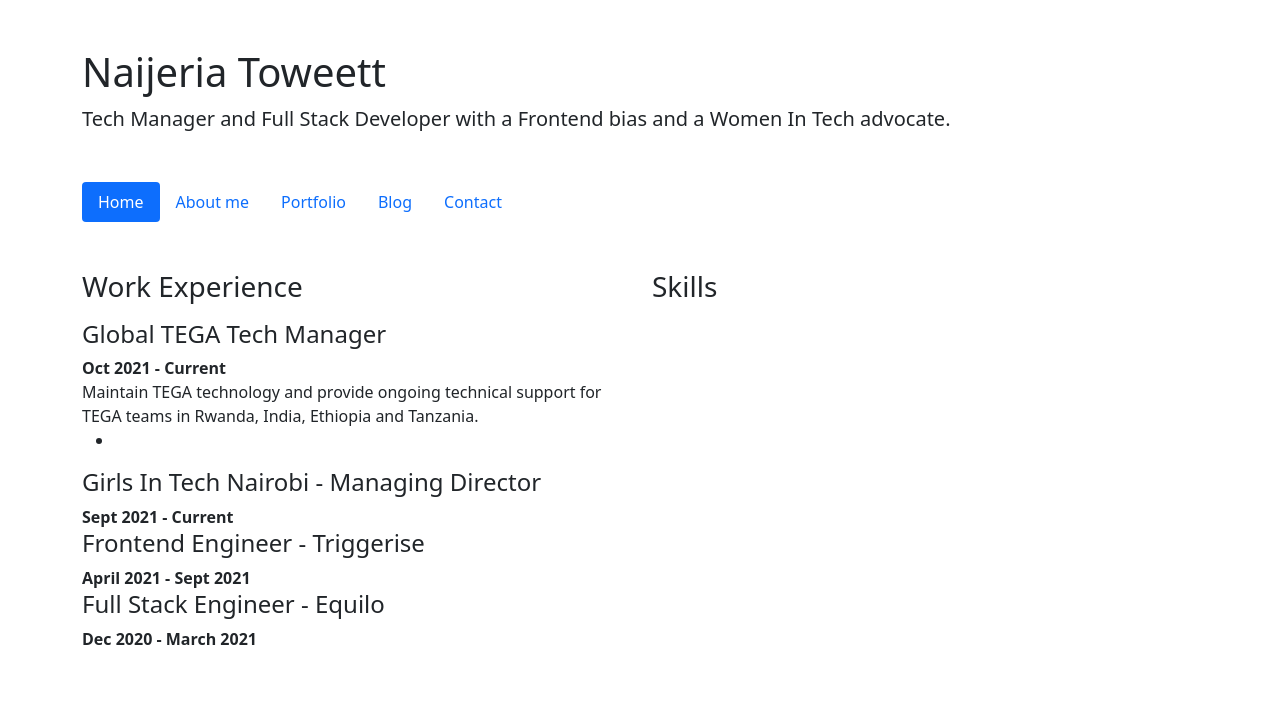
Repository: mamatechafrica/portfolio
Page: index.html
The author's editor kept a copy of each file at every save. The page is drawn from the files as they stood at one save, then again after a run of saves.
The browser window is 1280 px wide. The pictures show the whole page.

Above is the page before, as saved 2022-01-04 14:10:49.

### index.html
<!doctype html>
<html lang="en">
    <head>
        <!-- Required meta tags -->
        <meta charset="utf-8">
        <meta name="viewport" content="width=device-width, initial-scale=1">

        <!-- Bootstrap CSS -->
        <link href="https://cdn.jsdelivr.net/npm/bootstrap@5.0.2/dist/css/bootstrap.min.css" rel="stylesheet" integrity="sha384-EVSTQN3/azprG1Anm3QDgpJLIm9Nao0Yz1ztcQTwFspd3yD65VohhpuuCOmLASjC" crossorigin="anonymous">

        <title>NashTheCoder portfolio</title>
    </head>
    <body>
        <div class="container my-5">
            <h1>Naijeria Toweett</h1>
            <p class="lead">
                Tech Manager and Full Stack Developer with a Frontend bias and a Women In Tech advocate.
            </p>
        </div>

        <div class="container">
            <nav>
                <ul class="nav nav-pills ">
                    <li class="nav-item">
                        <a class="nav-link active" aria-current="page" href="#">Home</a>
                    </li>
                    <li class="nav-item">
                        <a class="nav-link" href="#">About me</a>
                    </li>
                    <li class="nav-item">
                        <a class="nav-link" href="#">Portfolio</a>
                    </li>
                    <li class="nav-item">
                        <a class="nav-link" href="https://mumlovestech.com/" target="blank">Blog</a>
                    </li>
                    <li class="nav-item">
                        <a class="nav-link" href="#">Contact</a>
                    </li>
                </ul>
            </nav>
        </div>

        <div class="container mt-5">
            <div class="row">
                <div class="col">
                    <h3 class="mb-3">Work Experience</h3>
                    <h4>Global TEGA Tech Manager</h4>
                    <div>
                        <strong>Oct 2021 - Current</strong>
                    </div>
                    Maintain TEGA technology and provide ongoing technical support for TEGA teams in Rwanda, India, Ethiopia and Tanzania.
                    <ul>
                        <li></li>
                    </ul>
                    <h4>Girls In Tech Nairobi - Managing Director</h4>
                    <div>
                        <strong>Sept 2021 - Current</strong>
                    </div>
                    <h4>Frontend Engineer - Triggerise</h4>
                    <div>
                        <strong>April 2021 - Sept 2021</strong>
                    </div>
                    <h4>Full Stack Engineer - Equilo</h4>
                    <div>
                        <strong>Dec 2020 - March 2021</strong>
                    </div>
                </div>
                <div class="col">
                    <h3 class="mb-3">Skills</h3>
                </div>
            </div>
        </div>

        <!-- Optional JavaScript; choose one of the two! -->

        <!-- Option 1: Bootstrap Bundle with Popper -->
        <script src="https://cdn.jsdelivr.net/npm/bootstrap@5.0.2/dist/js/bootstrap.bundle.min.js" integrity="sha384-MrcW6ZMFYlzcLA8Nl+NtUVF0sA7MsXsP1UyJoMp4YLEuNSfAP+JcXn/tWtIaxVXM" crossorigin="anonymous"></script>

        <!-- Option 2: Separate Popper and Bootstrap JS -->
        <!--
        <script src="https://cdn.jsdelivr.net/npm/@popperjs/core@2.9.2/dist/umd/popper.min.js" integrity="sha384-IQsoLXl5PILFhosVNubq5LC7Qb9DXgDA9i+tQ8Zj3iwWAwPtgFTxbJ8NT4GN1R8p" crossorigin="anonymous"></script>
        <script src="https://cdn.jsdelivr.net/npm/bootstrap@5.0.2/dist/js/bootstrap.min.js" integrity="sha384-cVKIPhGWiC2Al4u+LWgxfKTRIcfu0JTxR+EQDz/bgldoEyl4H0zUF0QKbrJ0EcQF" crossorigin="anonymous"></script>
        -->
    </body>
</html>

After the next 3 saves:
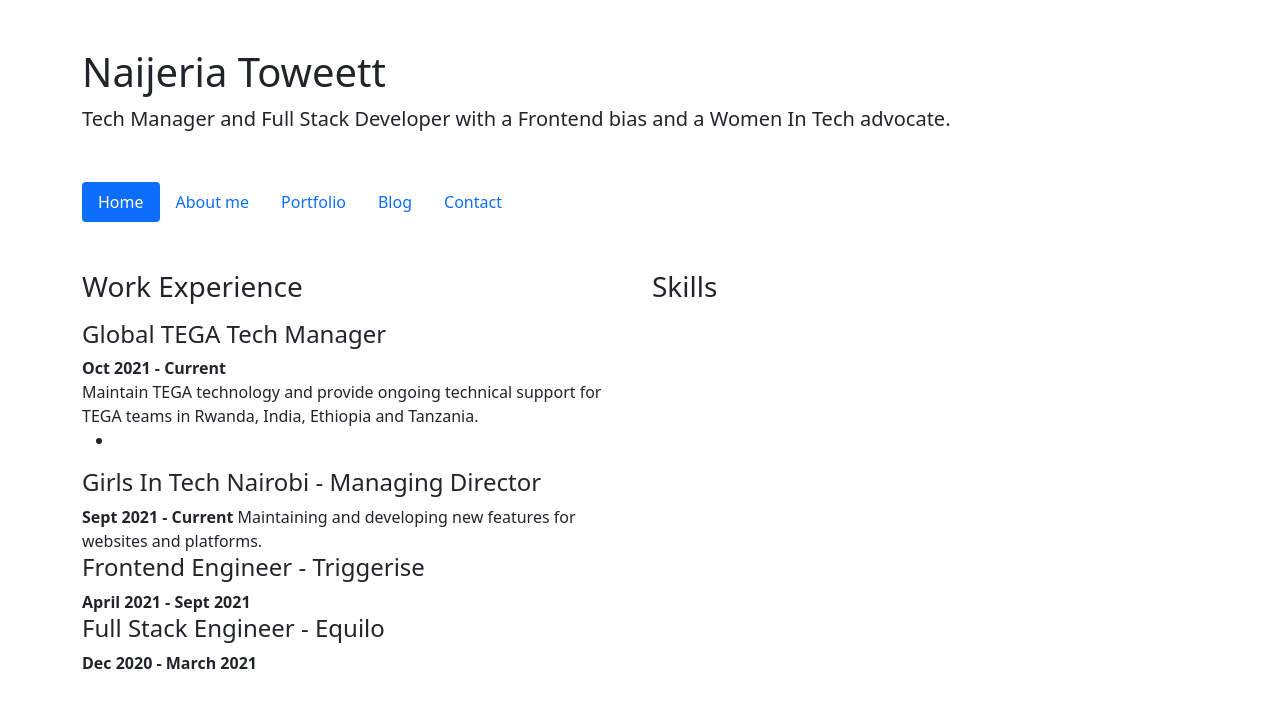
The 3 saves are shown as one change because they came seconds apart.
The last was saved 6 min 51 s later.
--- a/index.html
+++ b/index.html
@@ -48,13 +48,14 @@
                     <div>
                         <strong>Oct 2021 - Current</strong>
                     </div>
-                    Maintain TEGA technology and provide ongoing technical support for TEGA teams in Rwanda, India, Ethiopia and Tanzania.
+                        Maintain TEGA technology and provide ongoing technical support for TEGA teams in Rwanda, India, Ethiopia and Tanzania.
                     <ul>
                         <li></li>
                     </ul>
                     <h4>Girls In Tech Nairobi - Managing Director</h4>
                     <div>
                         <strong>Sept 2021 - Current</strong>
+                        Maintaining and developing new features for websites and platforms.
                     </div>
                     <h4>Frontend Engineer - Triggerise</h4>
                     <div>

After the save that followed:
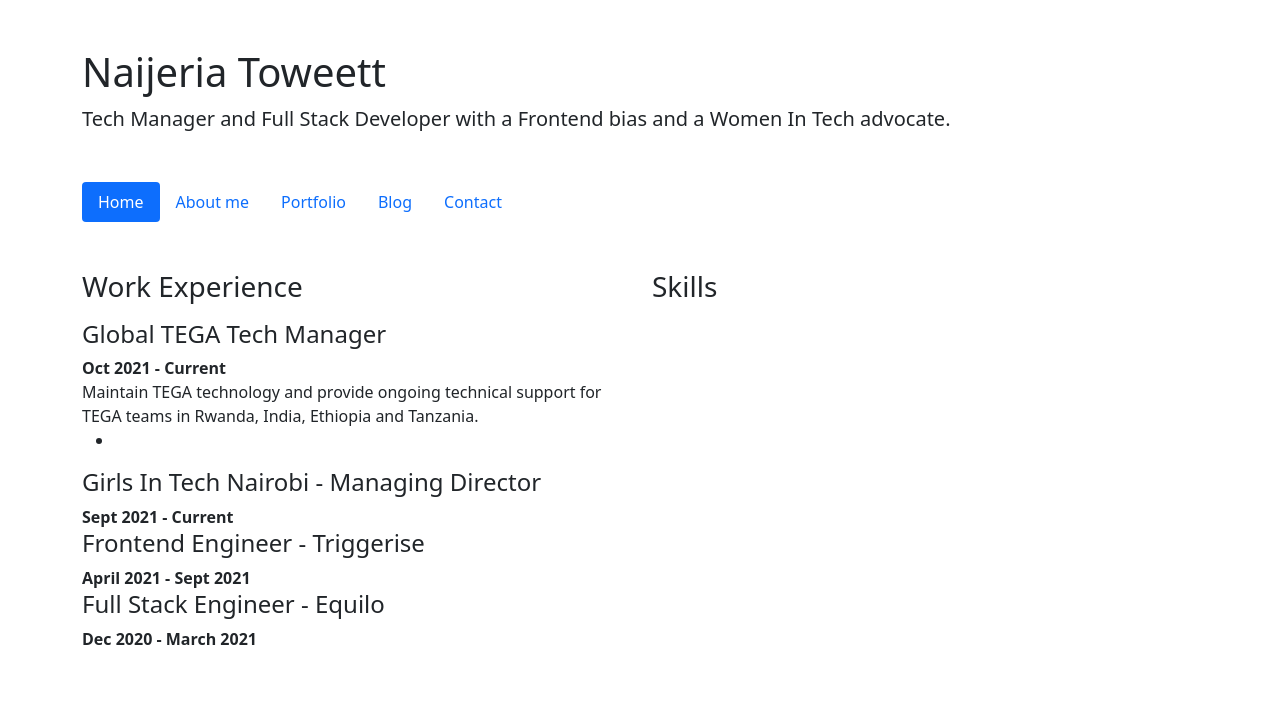
Saved 19 s later.
--- a/index.html
+++ b/index.html
@@ -55,7 +55,7 @@
                     <h4>Girls In Tech Nairobi - Managing Director</h4>
                     <div>
                         <strong>Sept 2021 - Current</strong>
-                        Maintaining and developing new features for websites and platforms.
+
                     </div>
                     <h4>Frontend Engineer - Triggerise</h4>
                     <div>
